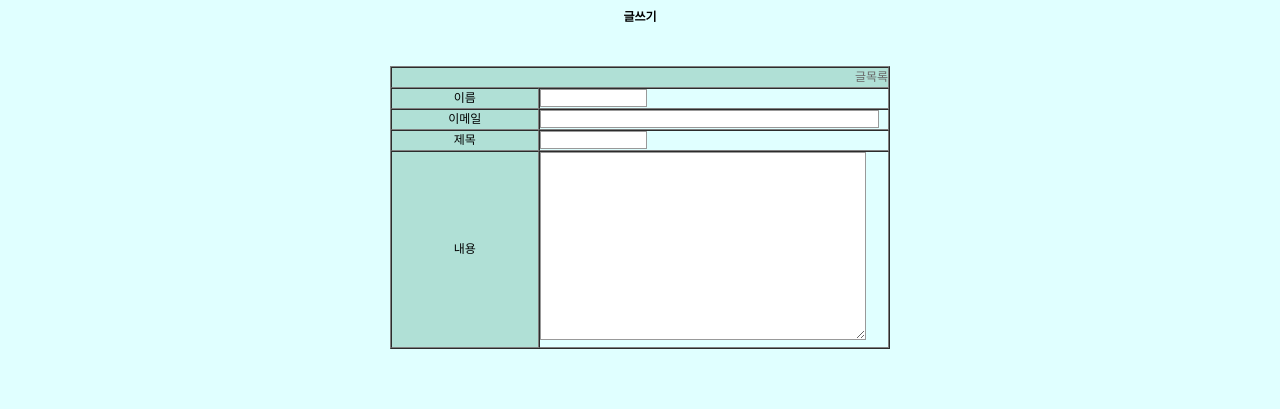
Repository: noopzzya/study_jsp_globalin
Page: http://localhost/ServletProject/boardone/writeform.jsp
The author's editor kept a copy of each file at every save. The page is drawn from the files as they stood at one save, then again after the next save.
The browser window is 1280 px wide. The pictures show the whole page.
The page is served by Tomcat 9. Other server files are loaded and not shown.

Above is the page before, as saved 2023-02-08 01:21:04.

### ServletProject/src/main/webapp/boardone/writeform.jsp
<%@ page language="java" contentType="text/html; charset=UTF-8"
    pageEncoding="UTF-8"%>
<%@ include file = "view/color.jsp" %>

<!DOCTYPE html>
<html>
<head>
<meta charset="UTF-8">
<title>My Board</title>
<link href="style.css" rel="stylesheet" type="text/css">
</head>
<body bgcolor="<%=bodyback_c%>">

<div align="center"><b>글쓰기</b></div><br><br>

<form action="writeProc.jsp" method="post" name="writeForm" onsubmit="return writeSave()">

<table width="500" border="1" cellpadding="0" cellspacing="0" align="center" bgcolor="<%=bodyback_c%>">
	<tr>
		<td align="right" colspan="2" bgcolor="<%=value_c%>">
			<a href="list.jsp">글목록</a>
		</td>
	</tr>

	<tr>
		<td width="170" bgcolor="<%=value_c%>" align="center">이름</td>
		<td width="350">
			<input type="text" size="12" maxlength="12" name="wirter">
		</td>
	</tr>

	<tr>
		<td width="170" bgcolor="<%=value_c%>" align="center">이메일</td>
		<td width="350">
			<input type="text" size="50" maxlength="12" name="email">
		</td>
	</tr>

	<tr>
		<td width="170" bgcolor="<%=value_c%>" align="center">제목</td>
		<td width="350">
			<input type="text" size="12" maxlength="12" name="subject">
		</td>
	</tr>

	<tr>
		<td width="170" bgcolor="<%=value_c%>" align="center">내용</td>
		<td width="350">
			<textarea rows="13" cols="50" name="content"></textarea>
		</td>
	</tr>

</table>

</form>

</body>
</html>

### ServletProject/src/main/webapp/boardone/view/color.jsp
<%@ page language="java" contentType="text/html; charset=UTF-8"
    pageEncoding="UTF-8"%>

<%
	String bodyback_c = "#e0ffff";
	String back_c = "#8fbc8f";
	String title_c = "#5f9ea0";
	String value_c = "#b0e0d6";
	String bar = "#778899";
%>

### ServletProject/src/main/webapp/boardone/style.css
@charset "UTF-8";
body {
	font-size: 9pt;
	color: black;
	line-height: 160%;
	font-family: 굴림, verdana, tahoma;
}

td {
	font-size: 9pt;
	color: black;
	line-height: 160%;
	font-family: 굴림, verdana, tahoma;
}

select {
	font-size: 9pt;
	color: black;
	line-height: 160%;
	font-family: 굴림, verdana, tahoma;
}

div {
	font-size: 9pt;
	color: black;
	line-height: 160%;
	font-family: 굴림, verdana, tahoma;
}

form {
	font-size: 9pt;
	color: black;
	line-height: 160%;
	font-family: 굴림, verdana, tahoma;
}

textarea {
	border-right: 1px solid #999999;
	border-top: 1px solid #999999;
	border-left: 1px solid #999999;
	border-bottom: 1px solid #999999;
	font-size: 9pt;
	color: black;
	font-family: 굴림, verdana, tahoma;
	background-color: white;
}

input {
	border-right: 1px solid #999999;
	border-top: 1px solid #999999;
	border-left: 1px solid #999999;
	border-bottom: 1px solid #999999;
	font-size: 9pt;
	color: black;
	font-family: 굴림, verdana, tahoma;
	background-color: white;
}

a:link {
	text-decoration: none;
	color: #696969;
}

a:hover {
	text-decoration: yes;
	color: #66ccff;
}

a:visited {
	text-decoration: none;
	color: #330066;
}

After the next save:
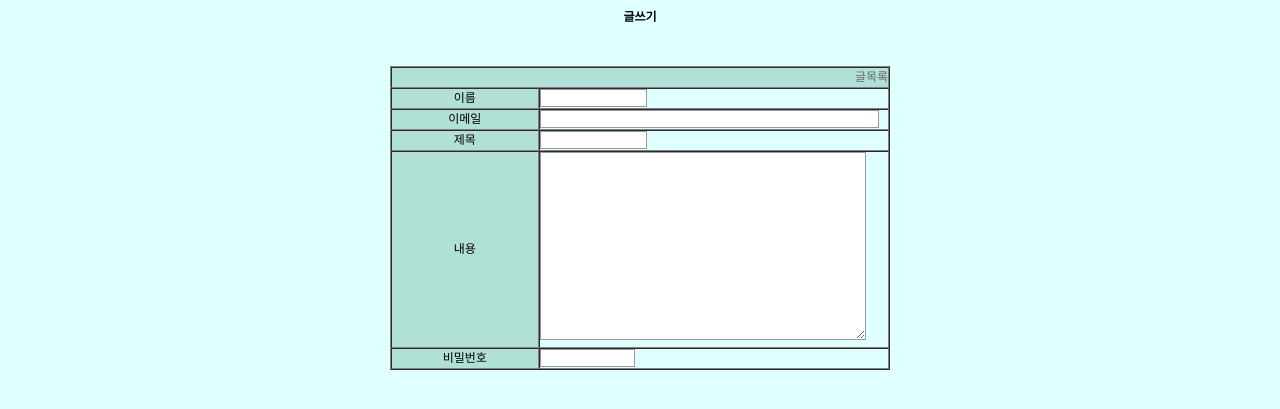
Saved 10 min 47 s later.
--- a/ServletProject/src/main/webapp/boardone/writeform.jsp
+++ b/ServletProject/src/main/webapp/boardone/writeform.jsp
@@ -50,6 +50,13 @@
 		</td>
 	</tr>
 
+	<tr>
+		<td width="170" bgcolor="<%=value_c%>" align="center">비밀번호</td>
+		<td width="350">
+			<input type="text" size="10" maxlength="10" name="pass">
+		</td>
+	</tr>
+
 </table>
 
 </form>
